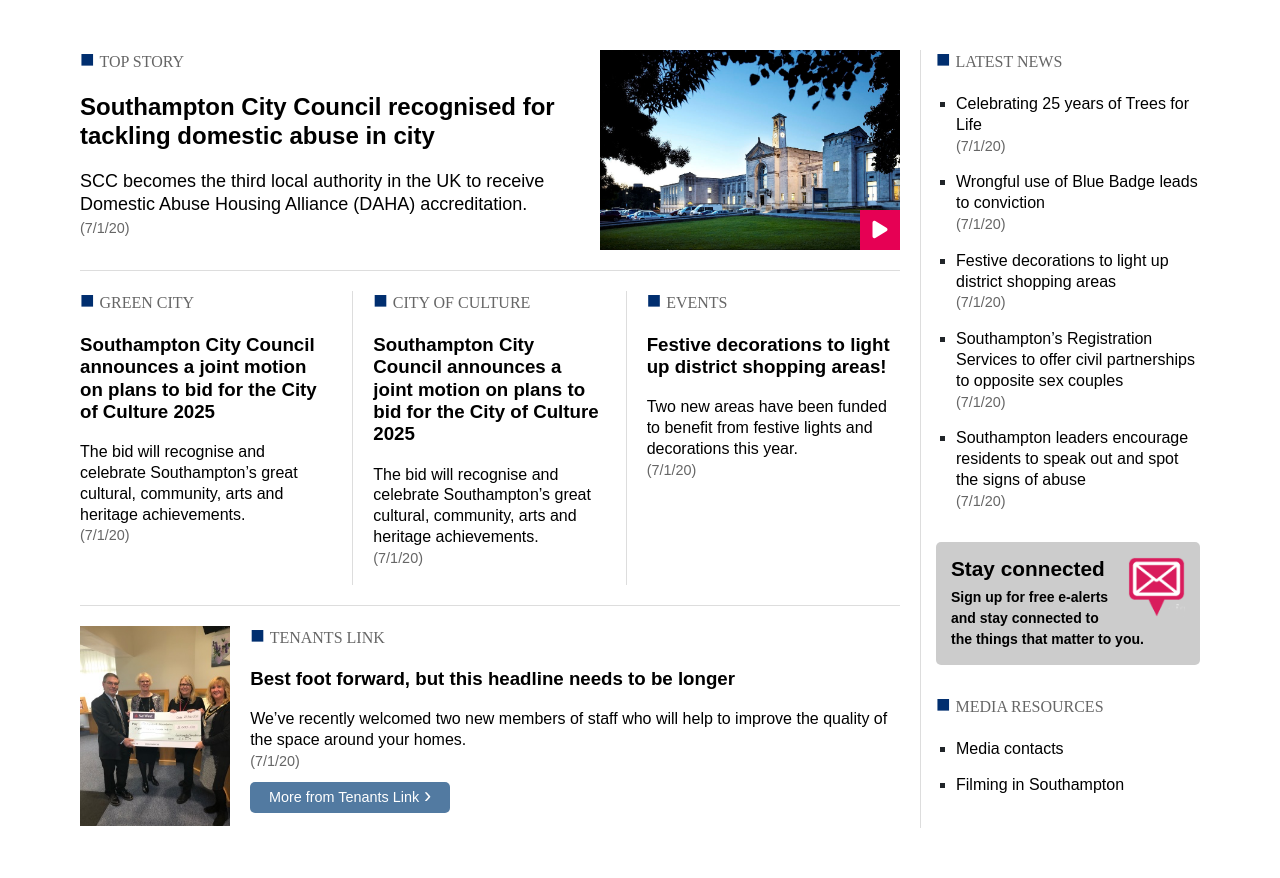
Repository: Domehead123/newspage
Page: index8.html
The author's editor kept a record of every edit. The page is drawn from the files as they stood at one moment, then again after the next edit.
The browser window is 1280 px wide. The pictures show the whole page.
Some web libraries are served in a nearby version.

Above is the page before.

After the next edit:
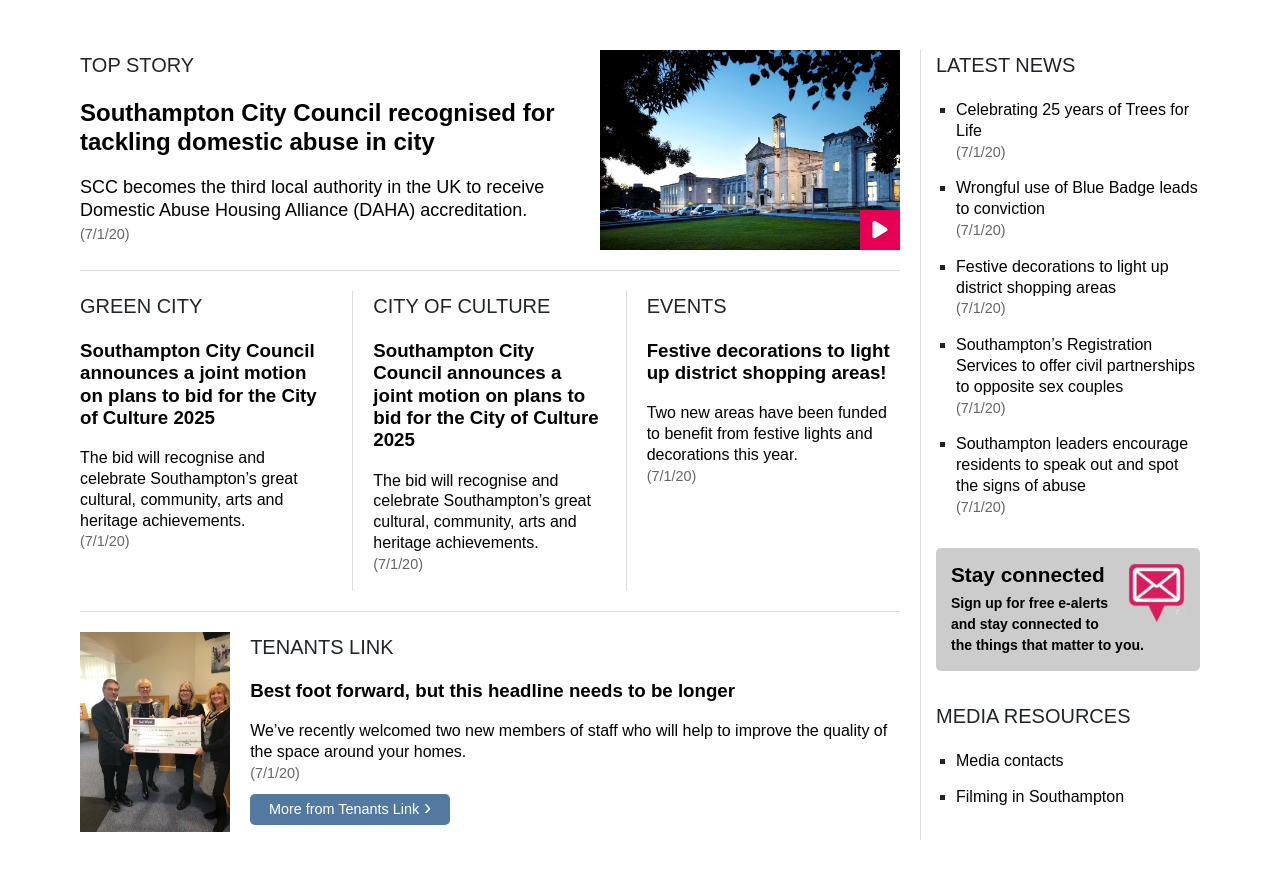
The edit:
--- a/news4.css
+++ b/news4.css
@@ -112,19 +112,6 @@
     line-height: 130%;
 }
 
-.subject-header {
-    color: #666;
-    font-family: "Times New Roman", Times, serif;
-    font-size: 16px;
-}
-
-.subject-header:before {
-    content: "\25A0";
-    line-height: 0;
-    font-size: 1.5em;
-    color: #002e6f;
-    margin-right: 5px;
-}
 
 
 

After the edit that followed:
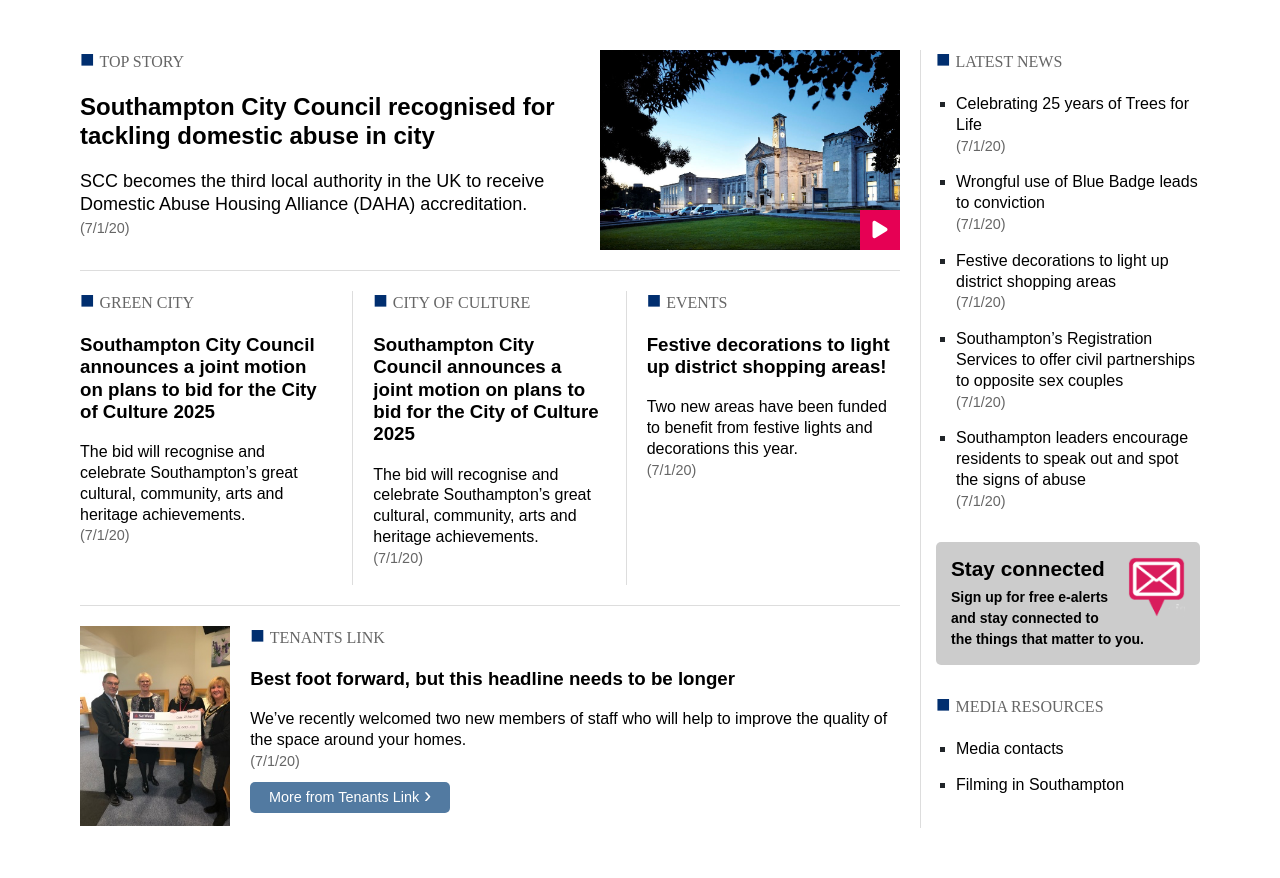
The edit:
--- a/news4.css
+++ b/news4.css
@@ -28,6 +28,23 @@
     text-decoration: none;
     transition: 0.4s all;
 }
+
+/* Subject headers */
+
+.subject-header {
+    color: #666;
+    font-family: "Times New Roman", Times, serif;
+    font-size: 16px;
+}
+
+.subject-header:before {
+    content: "\25A0";
+    line-height: 0;
+    font-size: 1.5em;
+    color: #002e6f;
+    margin-right: 5px;
+}
+
 
 /*Top story and video icon*/
 
